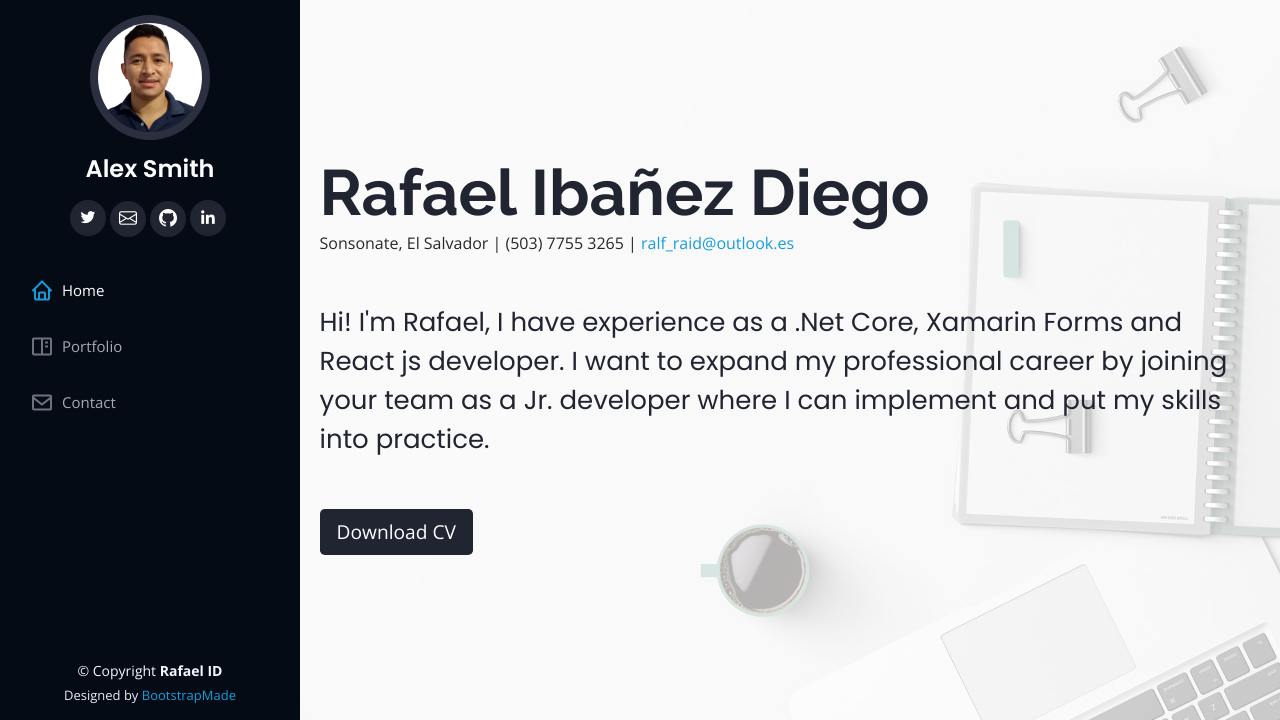
Repository: ralfId/myportfolio
Page: /
These files come from the project's save history. The page is drawn as it stood at one moment and after the next save; the edit follows.
The browser window is 1280 px wide. The pictures show the whole page.
The project was rebuilt for these pictures with package versions that can differ from the ones it lists, and the page was loaded fresh each time. Also part of the build but not shown: src/data/projects.js, src/components/Projects/ProjectItem.js, src/components/Projects/ProjectIndex.js, src/helpers/ProjectById.js, src/components/Projects/ProjectDetail.js.

Above is the page before, as saved 2021-09-20 18:41:05.

### public/index.html
<!DOCTYPE html>
<html lang="en">

<head>
  <meta charset="utf-8" />
  <link rel="icon" href="%PUBLIC_URL%/favicon.ico" />
  <meta name="viewport" content="width=device-width, initial-scale=1" />
  <meta name="theme-color" content="#000000" />
  <meta name="description" content="Web site created using create-react-app" />
  <link rel="apple-touch-icon" href="%PUBLIC_URL%/logo192.png" />
  <link rel="manifest" href="%PUBLIC_URL%/manifest.json" />

  <!-- Google Fonts -->
  <link
    href="https://fonts.googleapis.com/css?family=Open+Sans:300,300i,400,400i,600,600i,700,700i|Raleway:300,300i,400,400i,500,500i,600,600i,700,700i|Poppins:300,300i,400,400i,500,500i,600,600i,700,700i"
    rel="stylesheet">

  <!-- Vendor CSS Files -->
  <link href="vendor/aos/aos.css" rel="stylesheet">
  <link href="vendor/bootstrap/css/bootstrap.min.css" rel="stylesheet">
  <link href="vendor/bootstrap-icons/bootstrap-icons.css" rel="stylesheet">
  <link href="vendor/boxicons/css/boxicons.min.css" rel="stylesheet">
  <link href="vendor/glightbox/css/glightbox.min.css" rel="stylesheet">
  <link href="vendor/swiper/swiper-bundle.min.css" rel="stylesheet">

  <!-- Template Main CSS File -->
  <link href="css/style.css" rel="stylesheet">
  <title>React App</title>

  <!-- =======================================================
  * Template Name: iPortfolio - v3.3.0
  * Template URL: https://bootstrapmade.com/iportfolio-bootstrap-portfolio-websites-template/
  * Author: BootstrapMade.com
  * License: https://bootstrapmade.com/license/
  ======================================================== -->
</head>

<body>
  <noscript>You need to enable JavaScript to run this app.</noscript>
  <div id="root"></div>
  <!--
      This HTML file is a template.
      If you open it directly in the browser, you will see an empty page.

      You can add webfonts, meta tags, or analytics to this file.
      The build step will place the bundled scripts into the <body> tag.

      To begin the development, run `npm start` or `yarn start`.
      To create a production bundle, use `npm run build` or `yarn build`.
    -->
 <!-- Vendor JS Files -->
 <script src="vendor/aos/aos.js" type="text/javascript"></script>
 <script src="vendor/bootstrap/js/bootstrap.bundle.min.js" type="text/javascript"></script>
 <script src="vendor/glightbox/js/glightbox.min.js" type="text/javascript"></script>
 <script src="vendor/isotope-layout/isotope.pkgd.min.js" type="text/javascript"></script>
 <script src="vendor/php-email-form/validate.js" type="text/javascript"></script>
 <script src="vendor/purecounter/purecounter.js" type="text/javascript"></script>
 <script src="vendor/swiper/swiper-bundle.min.js" type="text/javascript"></script>
 <script src="vendor/typed.js/typed.min.js" type="text/javascript"></script>
 <script src="vendor/waypoints/noframework.waypoints.js" type="text/javascript"></script>

 <!-- Template Main JS File -->
 <script src="js/main.js" type="text/javascript"></script>

</body>

</html>

### src/components/Home.js
import React from 'react'

export const Home = () => {
    return (
        <>
            <section id="hero" className="d-flex flex-column justify-content-center align-items-center">
                <div className="hero-container" data-aos="fade-in">
                   <h1>Rafael Ibañez Diego</h1>
                    <span>
                        Sonsonate, El Salvador | (503) 7755 3265 | <a href="ralf_raid@outlook.es">ralf_raid@outlook.es</a>
                    </span>
                    <br /><br /><br />
                    <p>
                        Hi! I'm Rafael, I have experience as a .Net Core, Xamarin Forms and React js developer.
                        I want to expand my professional career by joining your team as a Jr. developer where
                        I can implement and put my skills into practice.
                    </p>
                    <button className="btn btn-lg">
                        <a href="https://drive.google.com/file/d/1vJaF_GdrEpqvxunoCtHR6NM8FIdySfaQ/view?usp=sharing"  target="_blank" rel="noreferrer">
                            Download CV
                        </a>
                    </button>
                </div>
            </section>
        </>
    )
}

Loaded but not shown: src/index.js (common file); public/vendor/aos/aos.css (library); public/vendor/bootstrap/css/bootstrap.min.css (library); public/vendor/bootstrap-icons/bootstrap-icons.css (library); public/vendor/boxicons/css/boxicons.min.css (library); public/vendor/glightbox/css/glightbox.min.css (library); public/vendor/swiper/swiper-bundle.min.css (library); public/vendor/aos/aos.js (library); public/vendor/bootstrap/js/bootstrap.bundle.min.js (library); public/vendor/glightbox/js/glightbox.min.js (library); public/vendor/isotope-layout/isotope.pkgd.min.js (library); public/vendor/php-email-form/validate.js (common file); public/vendor/purecounter/purecounter.js (library); public/vendor/swiper/swiper-bundle.min.js (library); public/vendor/typed.js/typed.min.js (library); public/vendor/waypoints/noframework.waypoints.js (library); public/js/main.js (267 lines, source omitted); src/components/Nav.js (48 lines, source omitted); src/routers/AppRouter.js (32 lines, source omitted); src/components/Footer.js (16 lines, source omitted); src/Portfolio.js (10 lines, source omitted); public/css/style.css (1154 lines, source omitted)

After the next save:
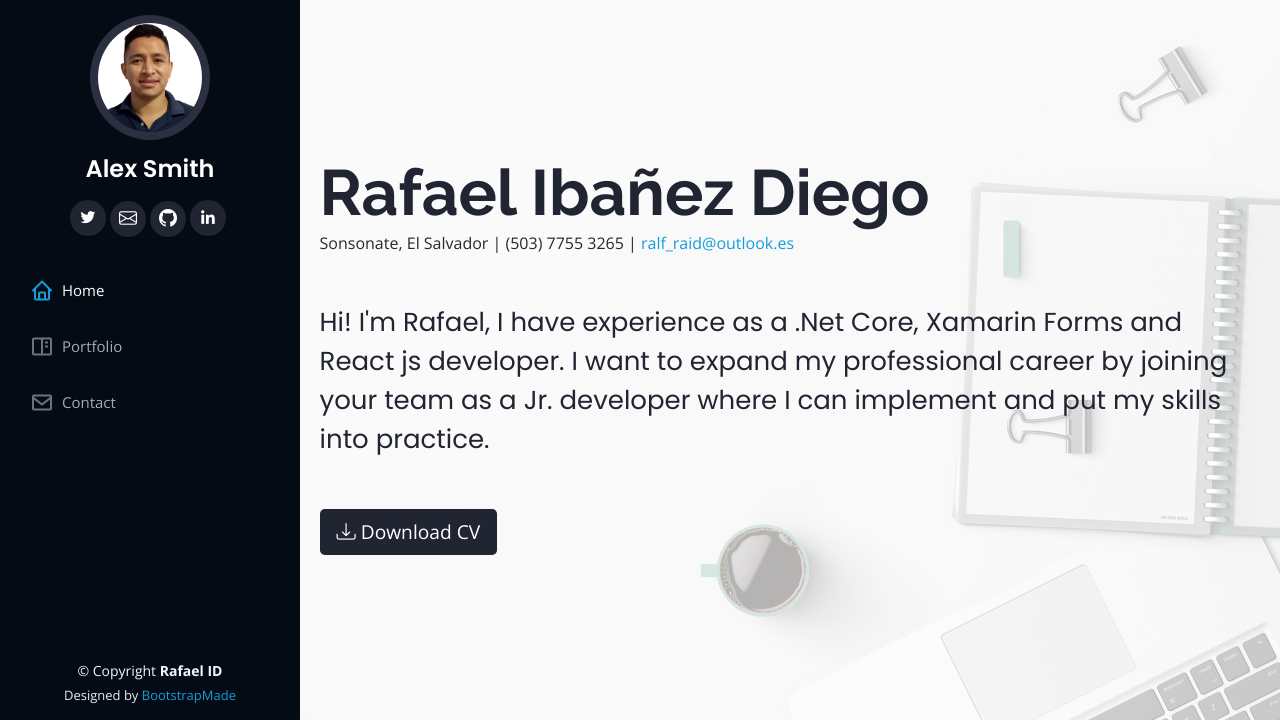
Saved 72 s later.
--- a/src/components/Home.js
+++ b/src/components/Home.js
@@ -17,7 +17,7 @@ export const Home = () => {
                     </p>
                     <button className="btn btn-lg">
                         <a href="https://drive.google.com/file/d/1vJaF_GdrEpqvxunoCtHR6NM8FIdySfaQ/view?usp=sharing"  target="_blank" rel="noreferrer">
-                            Download CV
+                        <i class="bi bi-download"></i> Download CV
                         </a>
                     </button>
                 </div>
